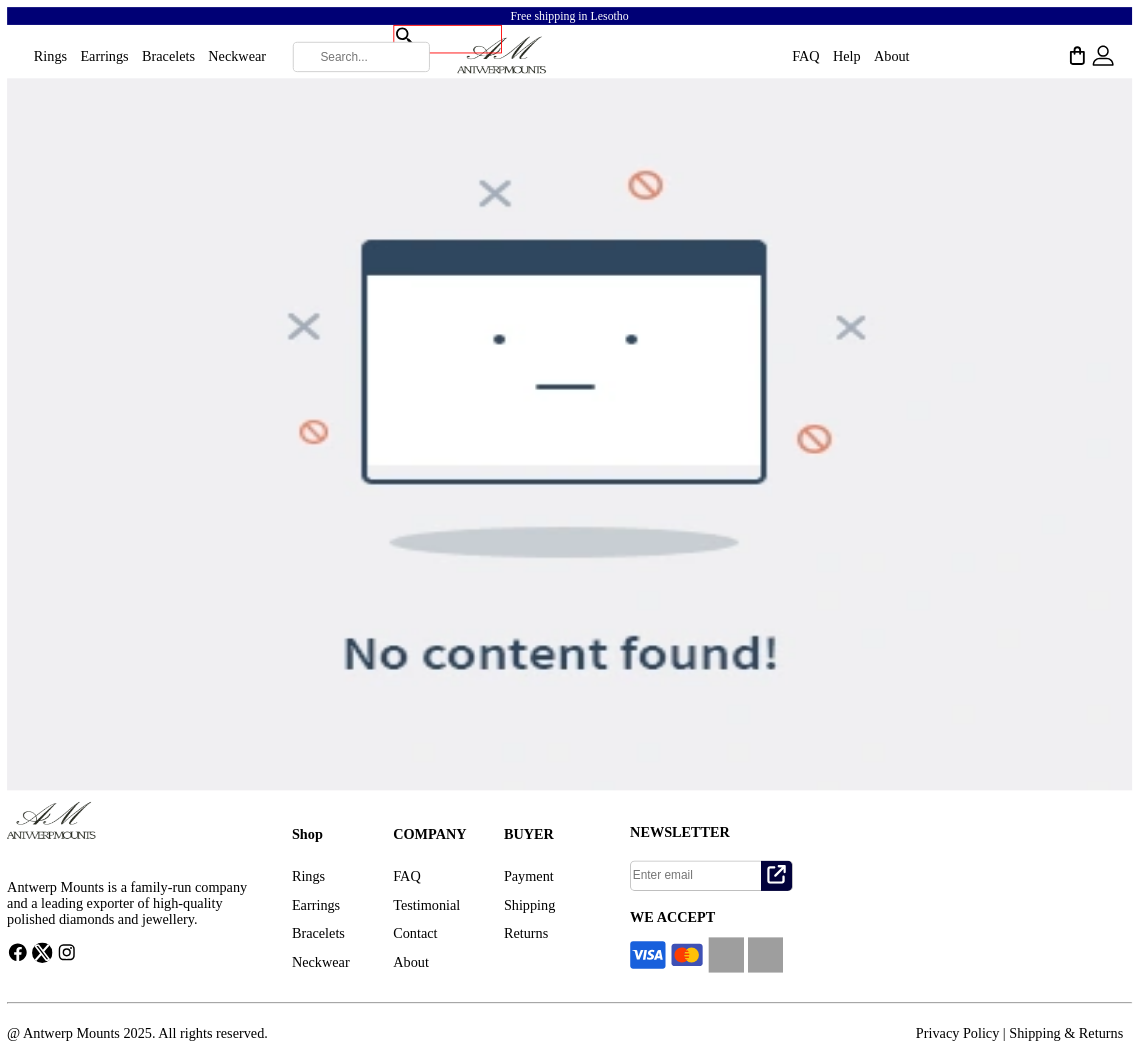
Repository: kea-0424/Web-Development-Project-1
Page: First_collaboration/JewelarySite.html
An editor plug-in stored every save of this project. The page is shown before and after the next save, followed by the edit.
The browser window is 1280 px wide. The pictures show the whole page, at 89% of full size.
Pictures or frames that could not be fetched are drawn as grey boxes.

Above is the page before, as saved 2025-01-23 11:46:57.

### First_collaboration/JewelarySite.html
<!DOCTYPE html>
<html lang="en">
<head>
    <meta charset="UTF-8">
    <meta name="viewport" content="width=device-width, initial-scale=1.0">
    <title>Document</title>
    <link rel="stylesheet" href="./JewelarySite.css">
</head>
<body>
    <header>
        <div class="notification">
            <span>Free shipping in Lesotho</span>
        </div>
        <nav>
                <ul class="navigations"  id="right_nav">
                    <li class="navbar_links"><a href="#">Rings</a></li>
                    <li class="navbar_links"><a href="#">Earrings</a></li>
                    <li class="navbar_links"><a href="#">Bracelets</a></li>
                    <li class="navbar_links"><a href="#">Neckwear</a></li>
                </ul>

            <div class="logo_container">
<img src="Main_Logo-removebg-preview.png" alt="Logo" class="main_logo" id="Nav_logo">
            </div>
                <ul class="navigations" id="left_nav">
                    <li class="navbar_links"><a href="#">FAQ</a></li>
                    <li class="navbar_links"><a href="#">Help</a></li>
                    <li class="navbar_links"><a href="#">About</a></li>
                </ul>
                <form action="#">
                    <div class="searchbar_container">
                        <img src="./bx-search-alt-2.svg" alt="icon" class="searchbar_icon">
                        <input class='searchbar' type="text" placeholder="Search...">
                    </div>
                </form>
                <div class="nav_icons">
                    <img src="./cart.svg" alt="Logo" class="icon">
                    <img src="./profile.svg" alt="Logo" class="icon">
                </div>
        </nav>
    </header>
    <main>
        <img src="./NoContent.webp" alt="No_Content" class="No_Content">
    </main>
    <footer>
        <div class="about_us">
            <div class="logo_container">
                <img src="Main_Logo-removebg-preview.png" alt="Logo" class="main_logo">
                            </div>
                            <div class="bio">
                                <p>Antwerp Mounts is a family-run company<br>
                                    and a leading exporter of high-quality<br>
                                   polished diamonds and jewellery.</p>
                            </div>
                                <div class="social_media">
                                    <div class="socials" >
                                        <a href="#"><img src="./bxl-facebook-circle (1).svg" alt="Facebook" id="facebook_link"></a>
                                    </div>
                                    <div class="socials">
                                        <a href="#"><img src="./x-twitter-brands-solid.svg" alt="Twitter" id="X_link"></a>
                                    </div>
                                    <div class="socials">
                                        <a href="#"><img src="./bxl-instagram (1).svg" alt="Instagram" id="instagram_link"></a>
                                    </div>
                                    </div>
        </div>
        <div class="navigation">
            <div class="list1">
                <h4>Shop</h4>
                <ul class="footer_lists">
                    <li><a href="#">Rings</a></li>
                    <li><a href="#">Earrings</a></li>
                    <li><a href="#">Bracelets</a></li>
                    <li><a href="#">Neckwear</a></li>
                </ul>
            </div>
            <div class="list2">
               <h4>COMPANY</h4>
               <ul class="footer_lists">
                <li><a href="#">FAQ</a></li>
                <li><a href="#">Testimonial</a></li>
                <li><a href="#">Contact</a></li>
                <li><a href="#">About</a></li>
               </ul>
            </div>
            <div class="list3">
                <h4>BUYER</h4>
                <ul class="footer_lists">
                    <li><a href="#">Payment</a></li>
                    <li><a href="#">Shipping</a></li>
                    <li><a href="#">Returns</a></li>
                </ul>
            </div>
        </div>
        <div class="Subscription">
            <h4>NEWSLETTER</h4>
            <form action="#">
                <div class="input_container">
                    <input type="text" placeholder="Enter email" class="newsletter_input">
                    <button type="submit" class="submit_btn"><img src="./arrow-up-right-from-square-solid.svg" alt="arrow"></button>
                </div>
            </form>
            <h4>WE ACCEPT</h4>
            <div class="payment_methods">
                <div class="payment_method">
                    <img src="./cc-visa-brands-solid.svg" alt="visa" id="visa">
                </div>
                <div class="payment_method">
                    <img src="mastercard.svg" alt="mastercard" id="mastercard">
                </div>
                <div class="payment_method">
                    <img src="./paypal.svg" alt="paypal" id="paypal">
        </div>
        <div class="payment_method">
            <img src="./skrill.svg" alt="skrill" id="skrill">
        </div>
            </div>
        </div>
        <hr>
        <div class="copyright">
            <p class="left_details">@ Antwerp Mounts 2025. All rights reserved.</p>
            <p class="right_details">Privacy Policy | Shipping & Returns</p>
        </div>
    </footer>
</body>
</html>

### First_collaboration/JewelarySite.css

body {
    box-sizing: border-box;
}
.notification {
    background-color: rgb(0 0 117);
    color: rgb(255 255 255);
    display: flex;
    align-items: center;
    justify-content: center;
    font-size: smaller;
    width: inherit;
    height: 20px;
}
nav {
    display: flex;
    justify-content: space-between;
    /*padding: 10px;*/
}
.main_logo {
    height: 80px;
    width: 100px;
    margin-top: 0;

}
#Nav_logo {
    margin: 0 auto;
    position: absolute;
    left: 40%;
}
.navigations,.navbar_links {
    list-style-type: none;
    display: flex;
    justify-content: space-between;
list-style: none;
text-decoration: none;
color: inherit;
margin-right: 15px;
padding: 0;
}
nav {
    position:relative;
    width: 100%;
    height: 60px
}

a {
    text-decoration: none;
color: inherit;
}
a:hover {
    /*font-size: larger;*/
    transition: font-size 0.2s ease-in-out;
    position: relative;
    /*background-color: blue;*/
    color: rgba(0 0 255 / 0.26);
    border-radius: 3px;
}
main,.No_Content {
    width: 100%;
    height: 800px;
}
.searchbar {
    width: 120px;
    height: 30px;
    border-radius: 5px;
    border: 1px solid #ccc;
    margin-top: 18px;
    padding-left: 30px;
    position: absolute;
    right: 80px;

}
.searchbar_container{
border: 1px solid red;
    width: 120px;
    height: 30px;
    position: relative;
    right: 100px;
}
.searchbar_icon{
    position: absolute;
}
.navbar_links {
    margin-top: 10px;
}
.icon {
    width: 25px;
    height: 25px;
    margin-top: 22px;
}
#left_nav{
    position: absolute;
    right: 220px;
}
#right_nav {
    position: absolute;
    left: 30px;
}
.nav_icons {
    margin-right: 20px;
}
.socials {
    /*border: 1px solid red;*/
    display: inline;
    height: 50px;
    width: 50px;
}
.bio {
    /*border: 1px solid red;*/
    display: inline-block;
}
#X_link {
    background-color: black;
    height: 23px;
    width: 23px;
    border-radius: 50%;
    display: inline-block;
}
/*.list1,.list2,.list3*/.navigation{
    /*border: 1px solid red;*/
    display: inline-block;
    position: absolute;
    left: 320px;
    top: 20px;
box-sizing: border-box;
}
footer {
    /*border: 1px solid red;*/
    position: relative;
}
.list1,.list2,.list3 {
    /*border: 1px solid red;*/
    display: inline-block;
    box-sizing: border-box;
    margin-right: 5px;
}
.list3 {
    position: relative;
    bottom: 32px;
}
.footer_lists {
    position: relative;
    right: 40px;
    list-style: none;
    line-height: 2em;
}
.input_container{
    /*border: 1px solid red;*/
    display: inline;
    height: 33px;
    position: relative;
    border-radius: 5px;
    z-index: 1
}
.newsletter_input {
    height: 30px;
    overflow: hidden;
    border-radius: 5px;
    border: 1px solid rgba(0 0 0 / 0.25);
    /*z-index: 1;*/
}
.submit_btn {
    background-color: rgb(2 2 59);
    border: 1px solid transparent;
    height: 34px;
    width: 35px;
    position: absolute;
right: 1px;
    border-radius:0px 5px 5px 0px;
}
#visa, #mastercard, #paypal, #skrill {
    height: 40px;
    width: 40px;
}
#visa:hover, #mastercard:hover, #paypal:hover, #skrill:hover {
    height: 50px;
    width: 50px;
}
.payment_method {
    /*border: 1px solid red;*/
    display: inline-block;
    position: relative;
    bottom: 8px;
}
.Subscription {
/*border: 1px solid red;*/
display: inline;
position: absolute;
left: 700px;
top:18px;
}
hr {
    margin-top: 40px;
}
.copyright {
   /* border: 1px solid red;*/
    position: relative;
}
.left_details {
    /*border: 1px solid red;*/
    display: inline-block;
}
.right_details {
    /*border: 1px solid red;*/
    display: inline;
    position: absolute;
    right: 10px;
}

After the next save:
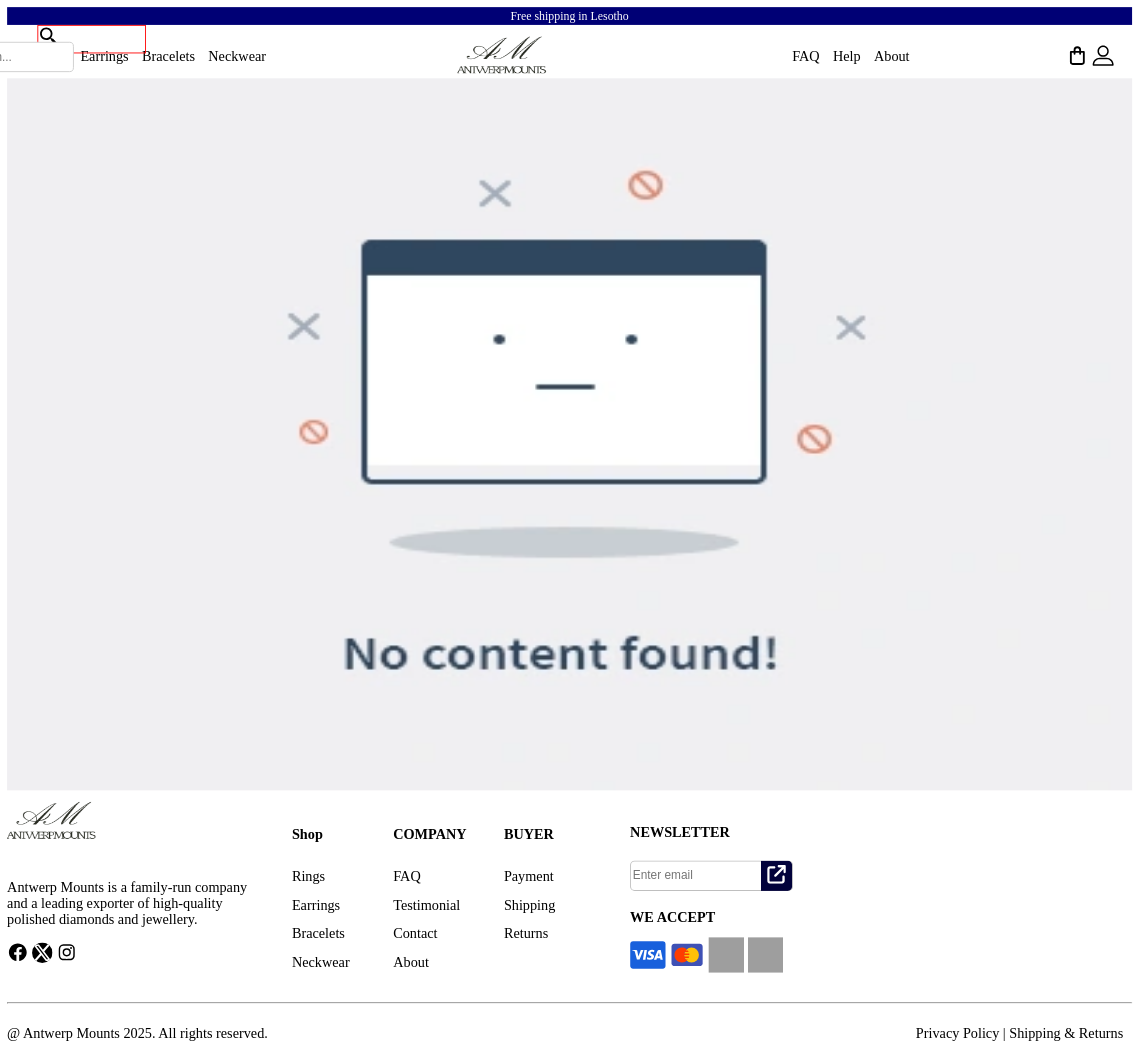
Saved 30 s later.
--- a/First_collaboration/JewelarySite.css
+++ b/First_collaboration/JewelarySite.css
@@ -76,7 +76,7 @@ border: 1px solid red;
     width: 120px;
     height: 30px;
     position: relative;
-    right: 100px;
+    right: 500px;
 }
 .searchbar_icon{
     position: absolute;
